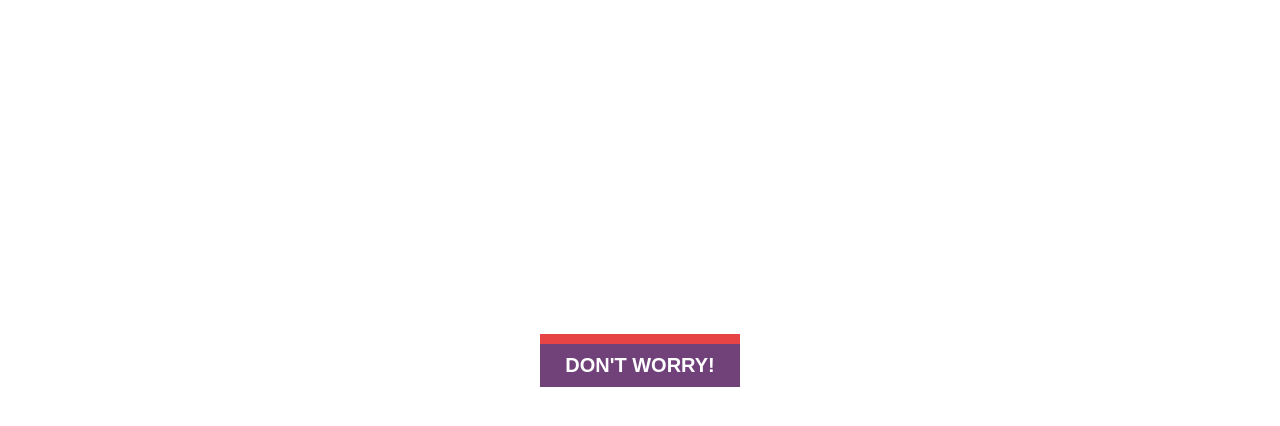
Repository: safak/animation
Page: index.html
An editor plug-in stored every save of this project. The page is shown before and after the next save, followed by the edit.
The browser window is 1280 px wide. The pictures show the whole page.
The pointer rests on the first visible `.button-1`.

Above is the page before, as saved 2020-12-17 01:46:48.

After the next save:
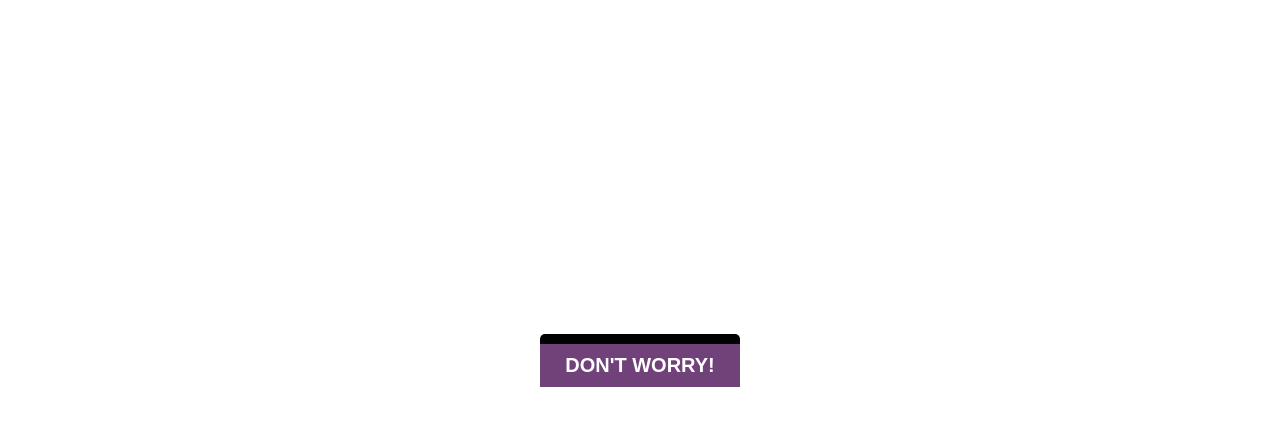
Saved 14 s later.
--- a/style.css
+++ b/style.css
@@ -37,7 +37,7 @@
   content: "JOKING!";
   font-weight: bold;
   background-color: rgb(231, 69, 69);
-  animation: retrive 1s alternate infinite;
+  animation: retrive 1s alternate;
   overflow: hidden;
 }
 
@@ -53,7 +53,7 @@
   content: "DON'T WORRY!";
   font-weight: bold;
   background-color: rgb(113, 66, 122);
-  animation: retrive 1s alternate infinite;
+  animation: retrive 1s alternate;
   animation-delay: 1s;
   overflow: hidden;
 }

After the save that followed:
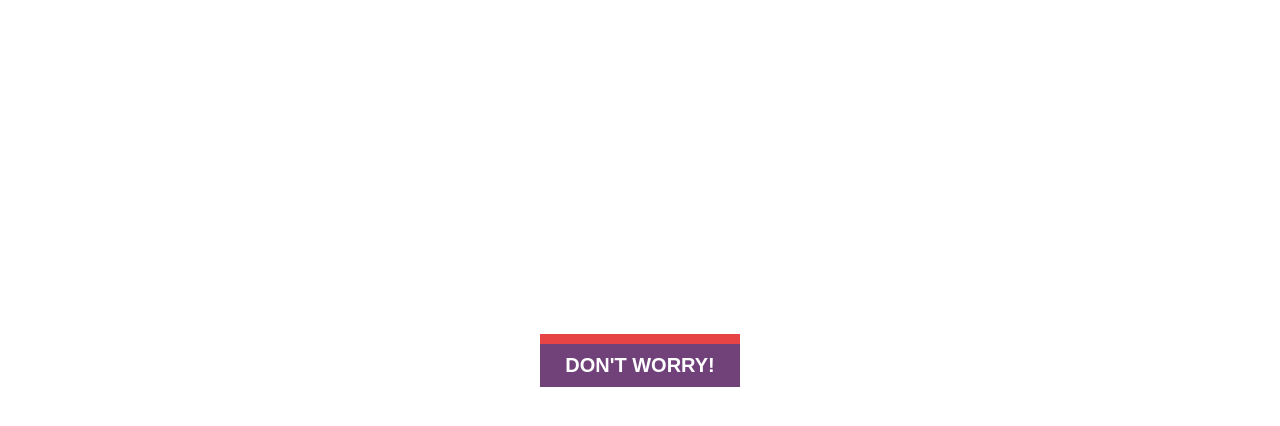
Saved 12 s later.
--- a/style.css
+++ b/style.css
@@ -37,7 +37,7 @@
   content: "JOKING!";
   font-weight: bold;
   background-color: rgb(231, 69, 69);
-  animation: retrive 1s alternate;
+  animation: retrive 1s alternate infinite;
   overflow: hidden;
 }
 
@@ -53,7 +53,7 @@
   content: "DON'T WORRY!";
   font-weight: bold;
   background-color: rgb(113, 66, 122);
-  animation: retrive 1s alternate;
+  animation: retrive 1s alternate infinite;
   animation-delay: 1s;
   overflow: hidden;
 }
